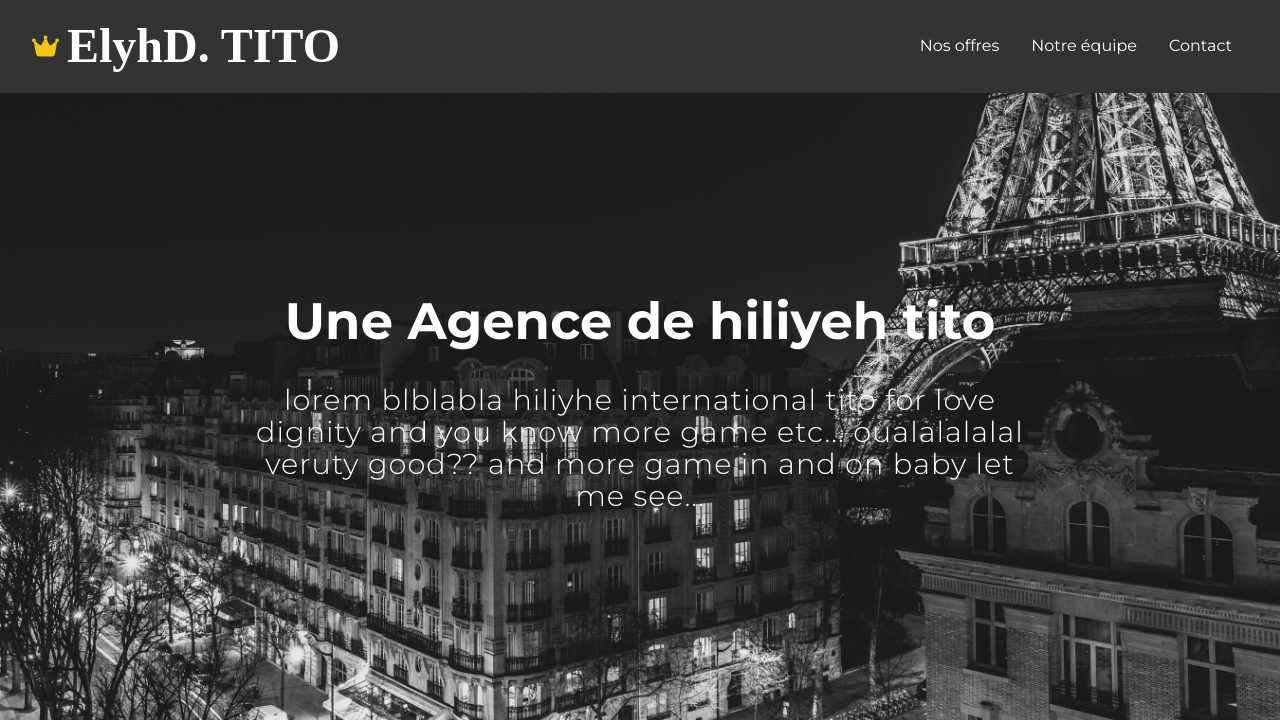
Repository: Hiliyeh/immo
Page: index.html
The author's editor kept a copy of each file at every save. The page is drawn from the files as they stood at one save, then again after the next save.
The browser window is 1280 px wide. The pictures show the whole page.
Some web fonts or font styles are not loaded; a fallback is used. Some web libraries are served in a nearby version.

Above is the page before, as saved 2020-05-05 13:08:30.

After the next save:
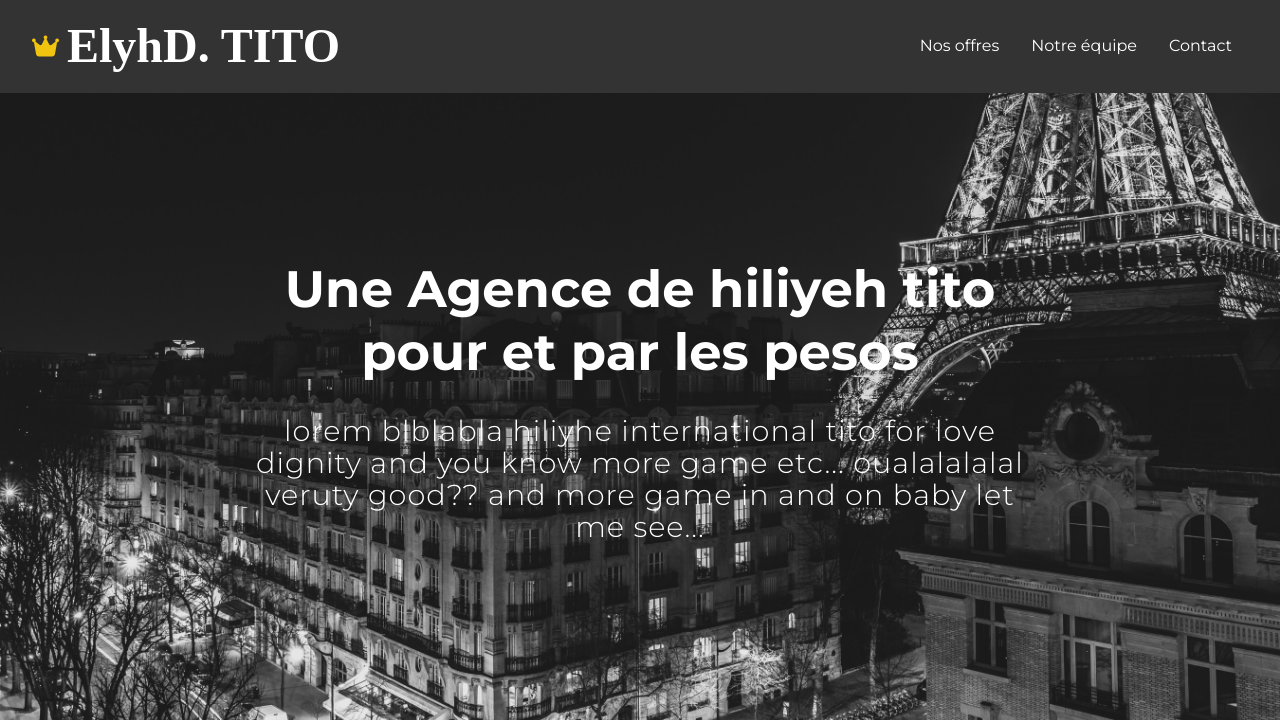
Saved 14 s later.
--- a/index.html
+++ b/index.html
@@ -37,7 +37,7 @@
       <section class="vp">
         <div class="vp-content">
           <h1>
-            <string>Une Agence de hiliyeh tito</string>
+            <string>Une Agence de hiliyeh tito pour et par les pesos</string>
           </h1>
           <p>
             lorem blblabla hiliyhe international tito for love dignity and you
